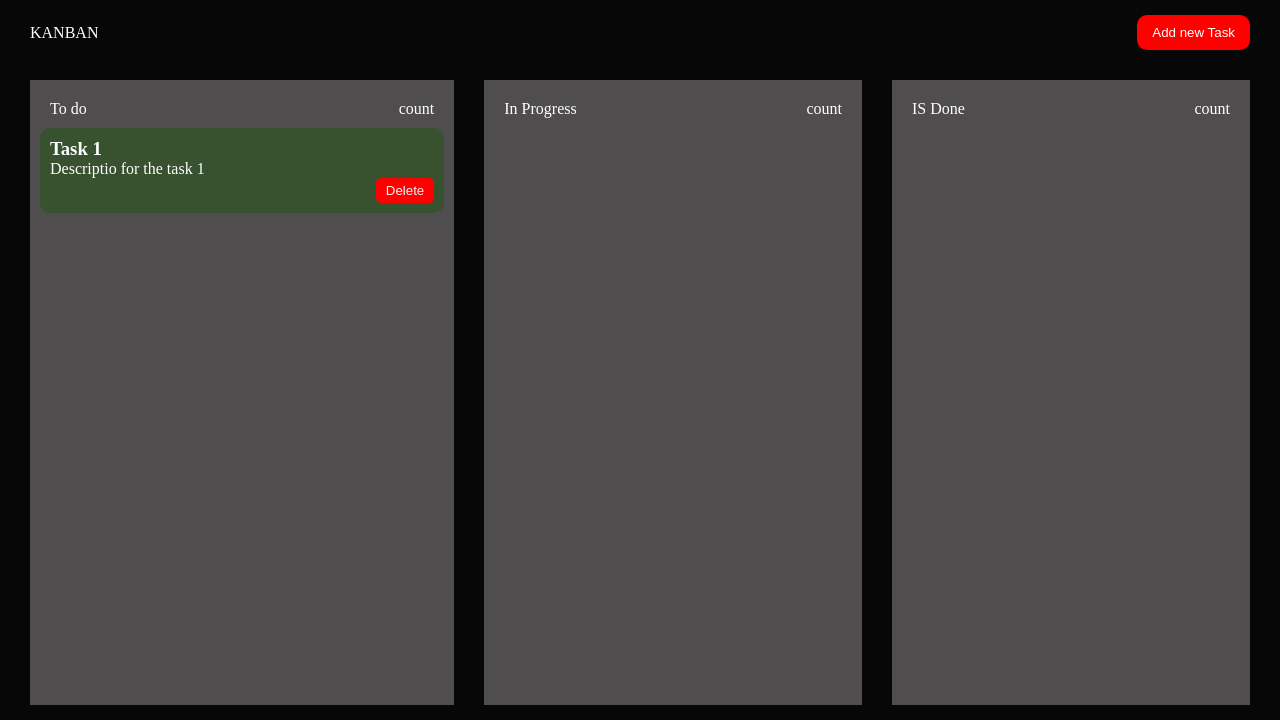
Repository: Sandeepji-5/Kanban-board
Page: index.html
These files come from the project's save history. The page is drawn as it stood at one moment and after the next save; the edit follows.
The browser window is 1280 px wide. The pictures show the whole page.

Above is the page before, as saved 2025-12-09 14:34:08.

After the next save:
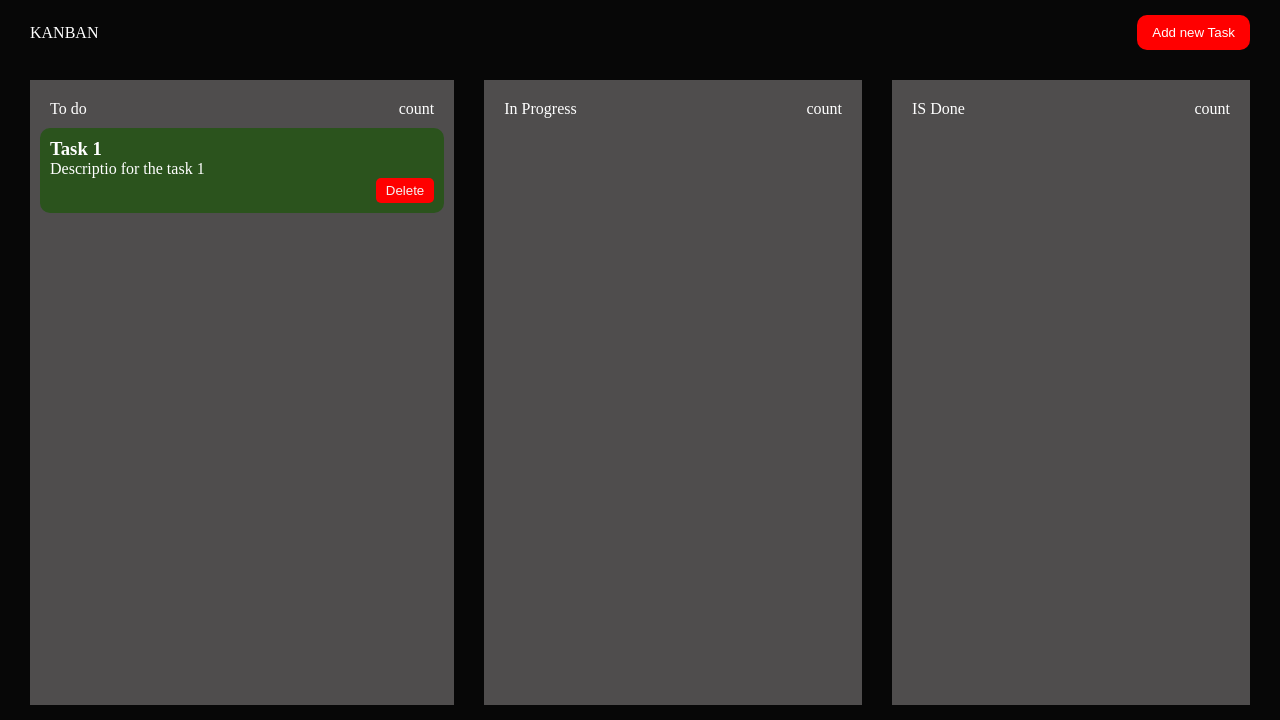
Saved 4 s later.
--- a/style.css
+++ b/style.css
@@ -117,7 +117,7 @@ section .task-column  .task{
     padding: var(--padding-m);
     border-radius: var(--border-radius-m);
     /* background-color: var(--bg-task-color); */
-     background-color:rgba(36, 85, 20, 0.521);
+     background-color:rgba(36, 85, 20, 0.826);
 
 
 }
